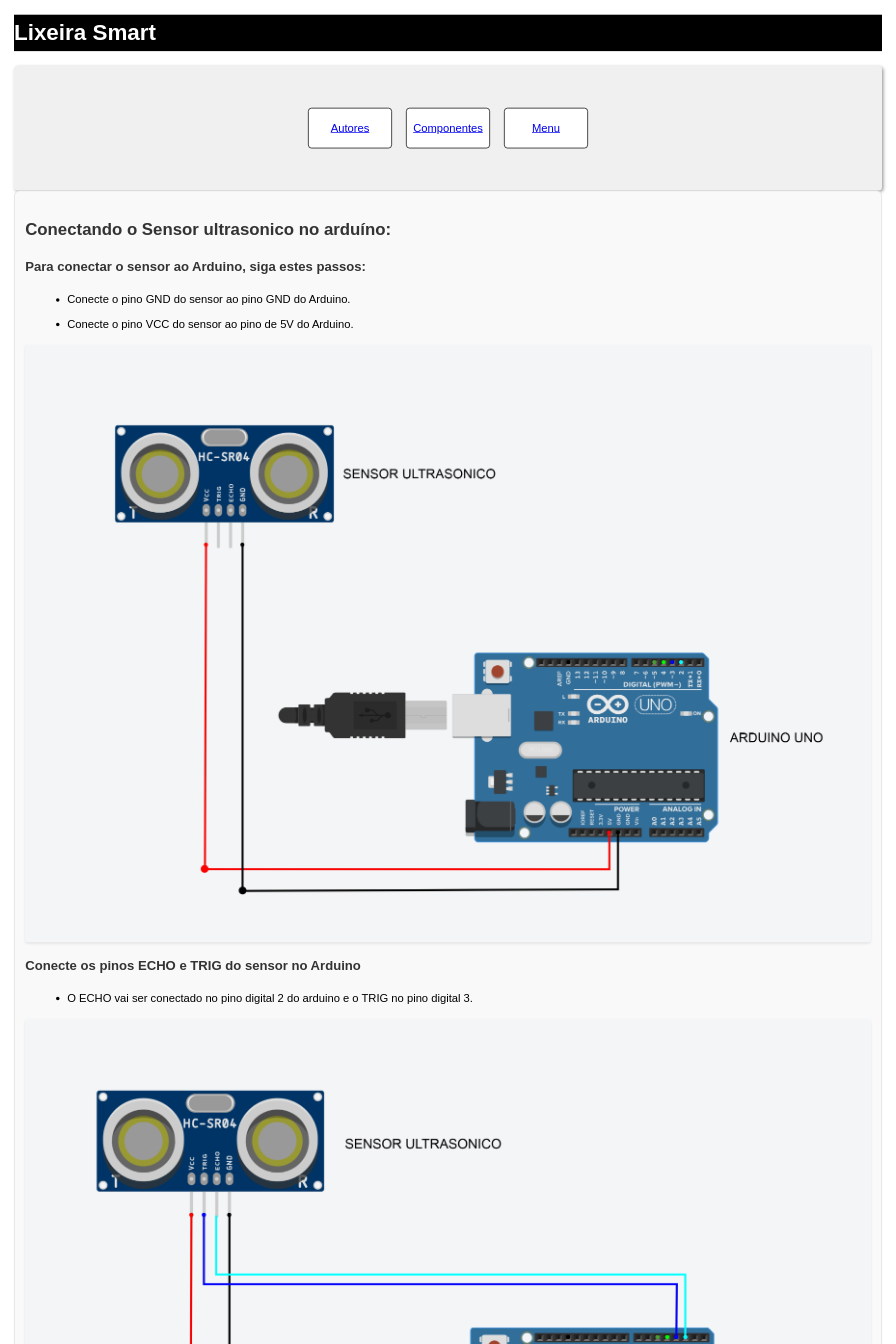
Repository: Eito2511/Site-tutorial-arduino
Page: tutorial.html
An editor plug-in stored every save of this project. The page is shown before and after the next save, followed by the edit.
The browser window is 1280 px wide. The pictures show the part of the page from y = 0 to 1920 px (the page is 4499 px tall), at 70% of full size.

Above is the page before, as saved 2025-06-03 19:04:11.

After the next save:
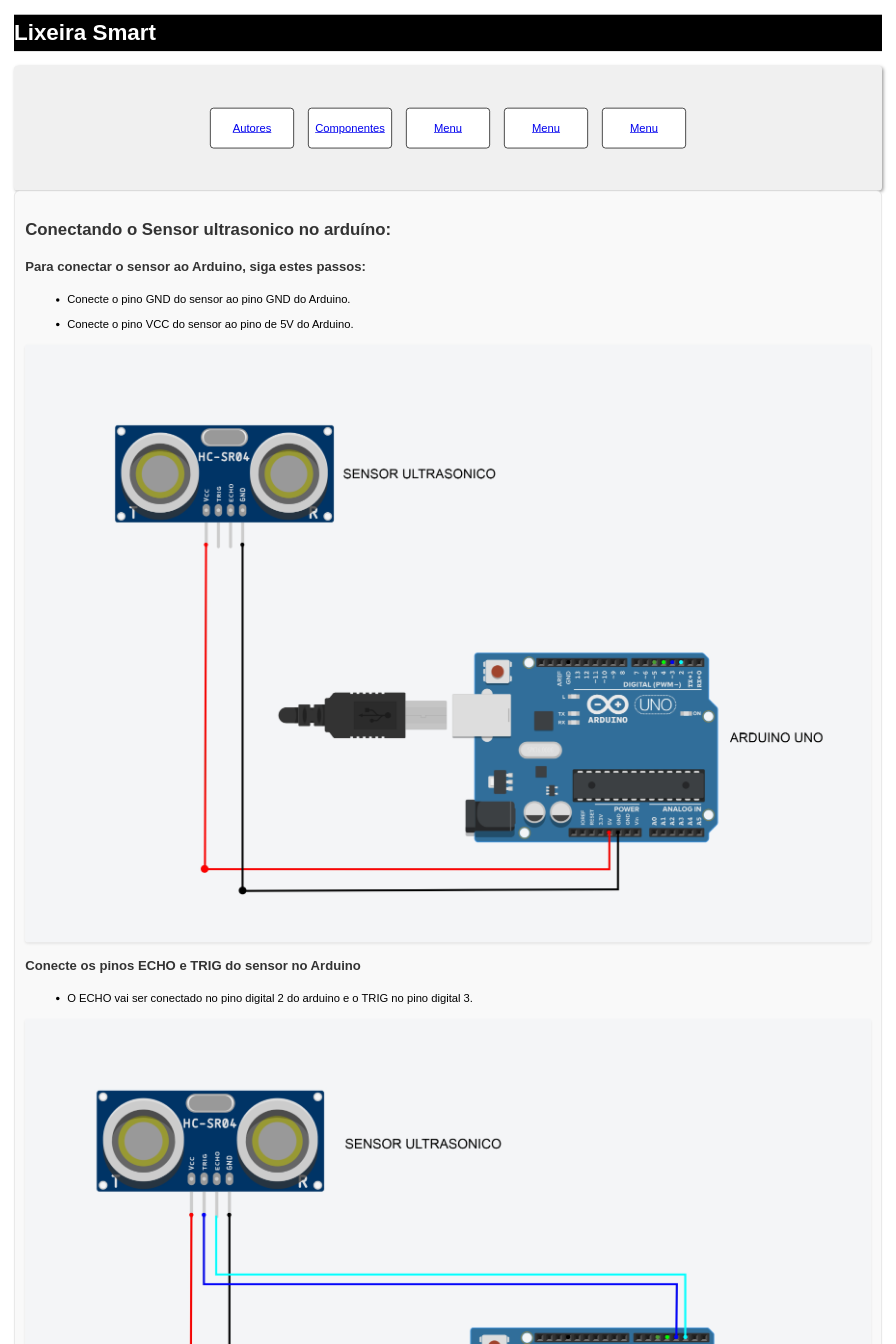
Saved 8 s later.
--- a/tutorial.html
+++ b/tutorial.html
@@ -13,6 +13,8 @@
     <section class="navindex">
         <a href="autores.html" class="btn">Autores</a>
         <a href="componentes.html" class="btn">Componentes</a>
+        <a href="index.html" class="btn">Menu</a>
+        <a href="index.html" class="btn">Menu</a>
         <a href="index.html" class="btn">Menu</a>
 
       </section>
